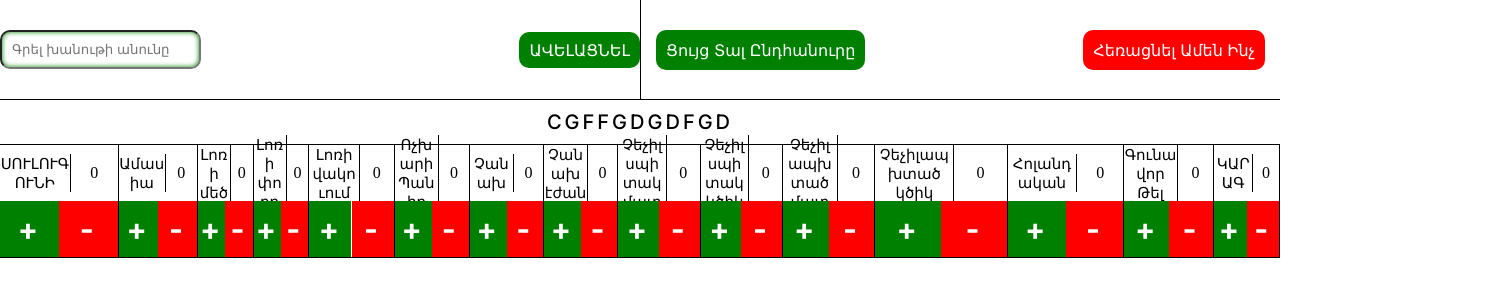
Repository: AbApin/amasia
Page: /
The author's editor kept a copy of each file at every save. The page is drawn from the files as they stood at one save, then again after the next save.
The browser window is 1280 px wide. The page is 1280 px wide, then 1492 px, so the pictures cover 1492 px, including what lies to the right of the window. The pictures show the whole page.
The project was rebuilt for these pictures with package versions that can differ from the ones it lists, and the page was loaded fresh each time. Also part of the build but not shown: vue.config.js.

Above is the page before, as saved 2023-02-03 11:51:32.

After the next save:
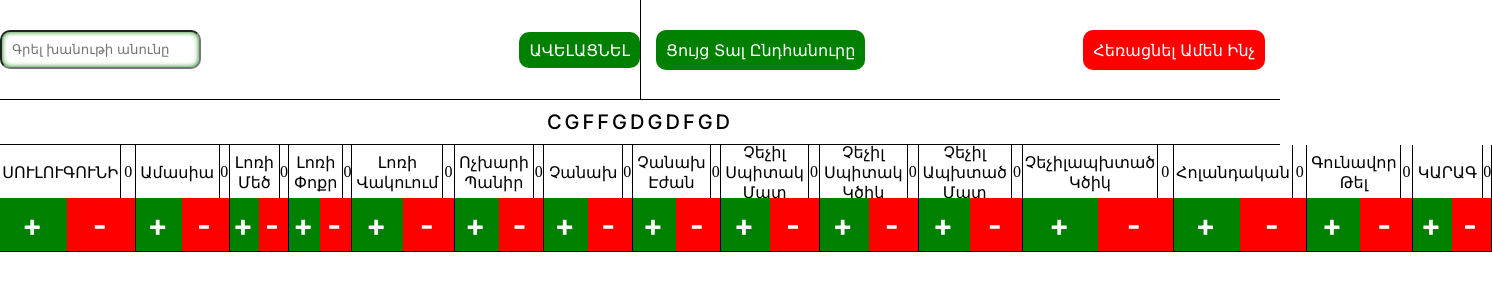
Saved 109 s later.
--- a/src/app.css
+++ b/src/app.css
@@ -90,13 +90,19 @@ ul {
   height: 50%;
 }
 .apranqiAnun {
-  font-family: 'Inter';
-  font-size: 15px;
+  display: flex;
+  align-items: center;
+  justify-content: center;
+  font-family: 'Inter';
+  font-size: 16px;
   font-weight: 500;
   word-wrap: break-word;
   text-align: center;
-  width: 60%;
+  width: 90%;
   border-right: 1px solid #000;
+  height: 100%;
+  padding: 5px;
+  text-transform: capitalize;
 }
 .apranqiQanak {
   display: flex;
